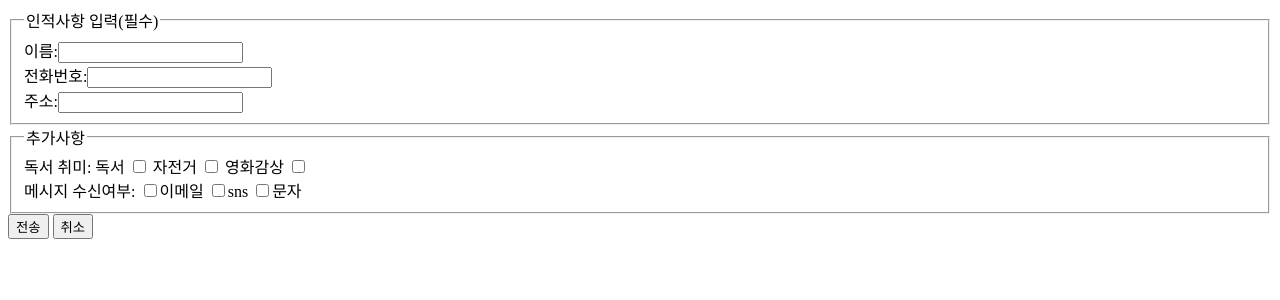
Repository: daehyeonhong/HTML
Page: ch03/WebContent/labelexample.html
An editor plug-in stored every save of this project. The page is shown before and after the next save, followed by the edit.
The browser window is 1280 px wide. The pictures show the whole page.

Above is the page before, as saved 2020-05-18 06:30:59.

After the next save:
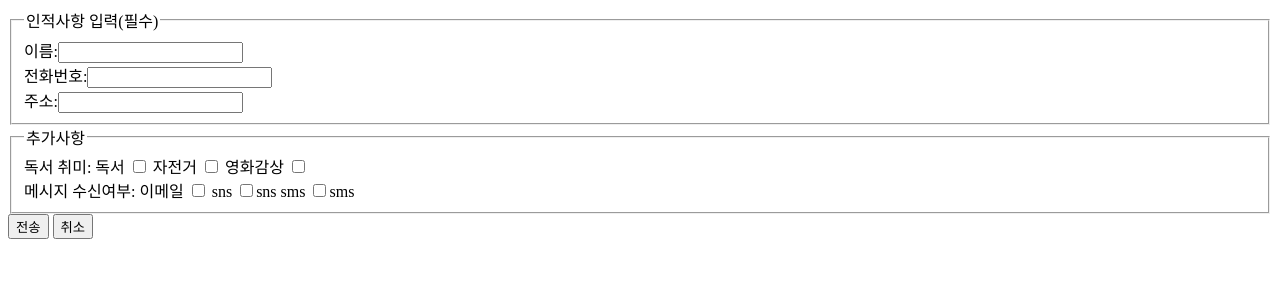
Saved 79 s later.
--- a/ch03/WebContent/labelexample.html
+++ b/ch03/WebContent/labelexample.html
@@ -24,9 +24,12 @@
 			<label for = "movie">영화감상</label>
 			<input	type="checkbox" name="hobby" value="movie" id="movie"><br>
 			메시지	수신여부:
-			<input type="checkbox" name="rec" value="mail">이메일
-			<input	type="checkbox" name="rec" value="sns">sns
-			<input	type="checkbox" name="rec" value="sms">문자
+			<label for="mail">이메일</label>
+			<input type="checkbox" name="rec" value="mail" id="mail">
+			<label for="sns">sns</label>
+			<input	type="checkbox" name="rec" value="sns"id="sns">sns
+			<label for="sms">sms</label>
+			<input	type="checkbox" name="rec" value="sms"id="sms">sms
 		</fieldset>
 		<input type="submit" value="전송"> <input type="reset"
 			value="취소">
